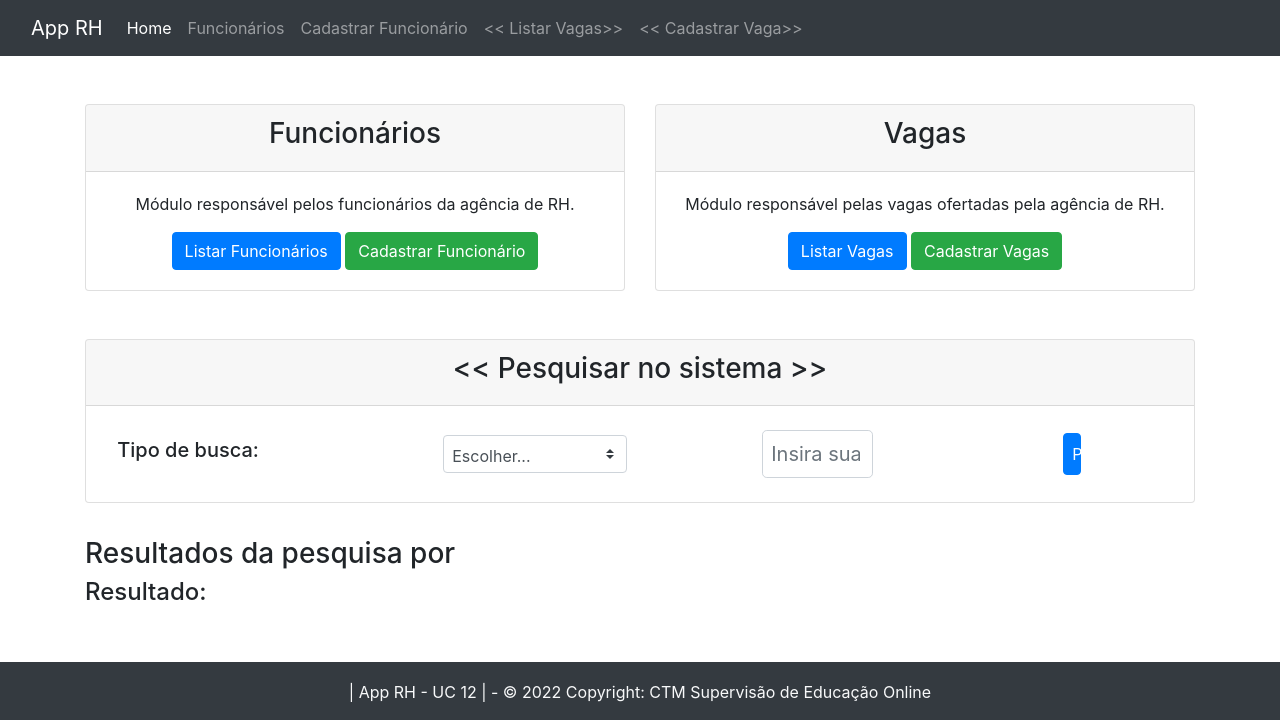
Repository: FilosoDev/SPRING-BOOT-testes
Page: http://localhost/index
These files come from the project's save history. The page is drawn as it stood at one moment and after the next save; the edit follows.
The browser window is 1280 px wide. The pictures show the whole page.
The page is this project's Thymeleaf template; nobody is signed in. The template is opened directly, without the code that normally fills it, so the values that code supplies are empty.

Above is the page before, as saved 2021-11-23 17:27:07.
Console error: TypeError: Cannot read properties of undefined (reading 'fn')

After the next save:
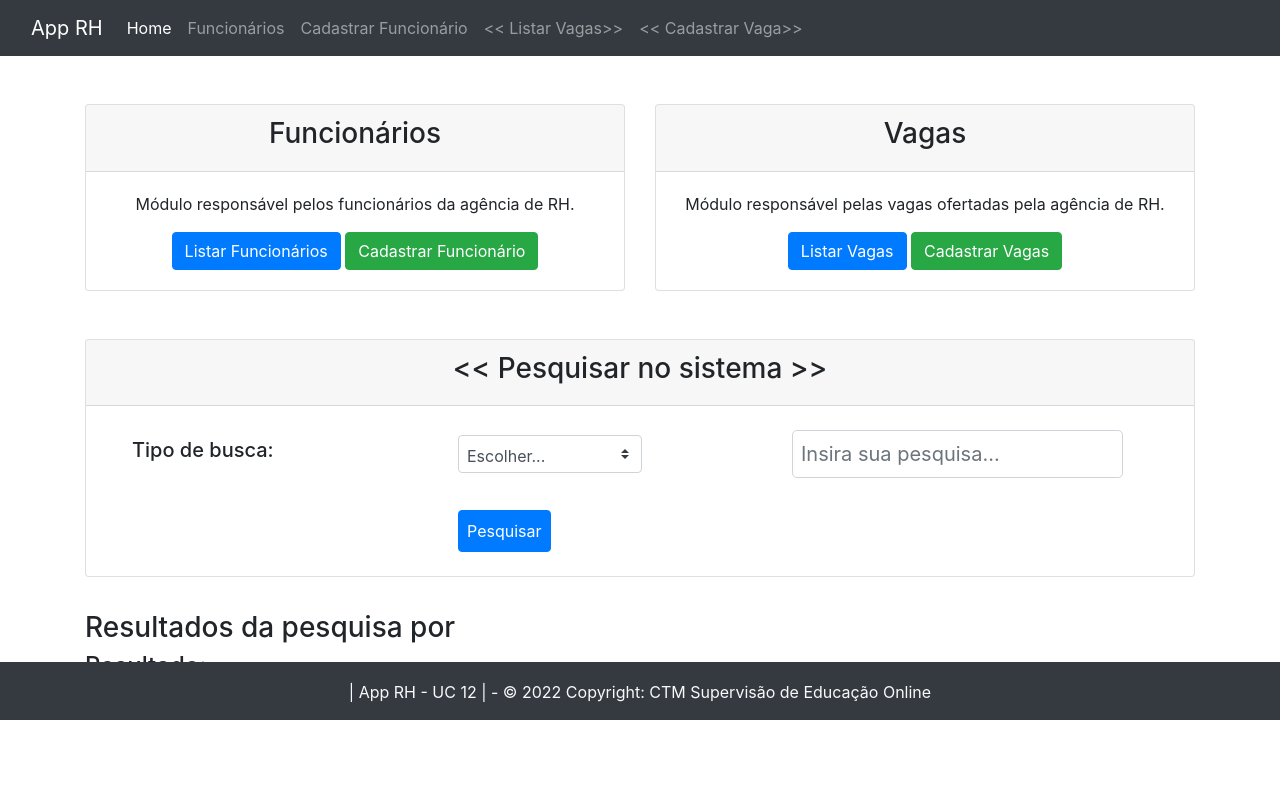
Saved 28 s later.
--- a/AppRH/AppRH/src/main/resources/templates/index.html
+++ b/AppRH/AppRH/src/main/resources/templates/index.html
@@ -122,17 +122,17 @@
 
 
 						</div>
-							<div class="row">
+							<div class="row col-8 col-md-4">
 
 								<input
-									class="form-control form-control-lg my-3 p-2 col-8 col-md-4"
+									class="form-control form-control-lg my-3 p-2"
 									type="search" placeholder="Insira sua pesquisa..."
 									aria-label="Pesquisar" name="nome">
 
 							</div>
-							<div class="row">
-
-								<button class="btn btn-primary my-3 p-2 col-8 col-md-2" type="submit">Pesquisar</button>
+							<div class="row col-8 col-md-4">
+
+								<button class="btn btn-primary my-3 p-2" type="submit">Pesquisar</button>
 
 							</div>
 						</div>
